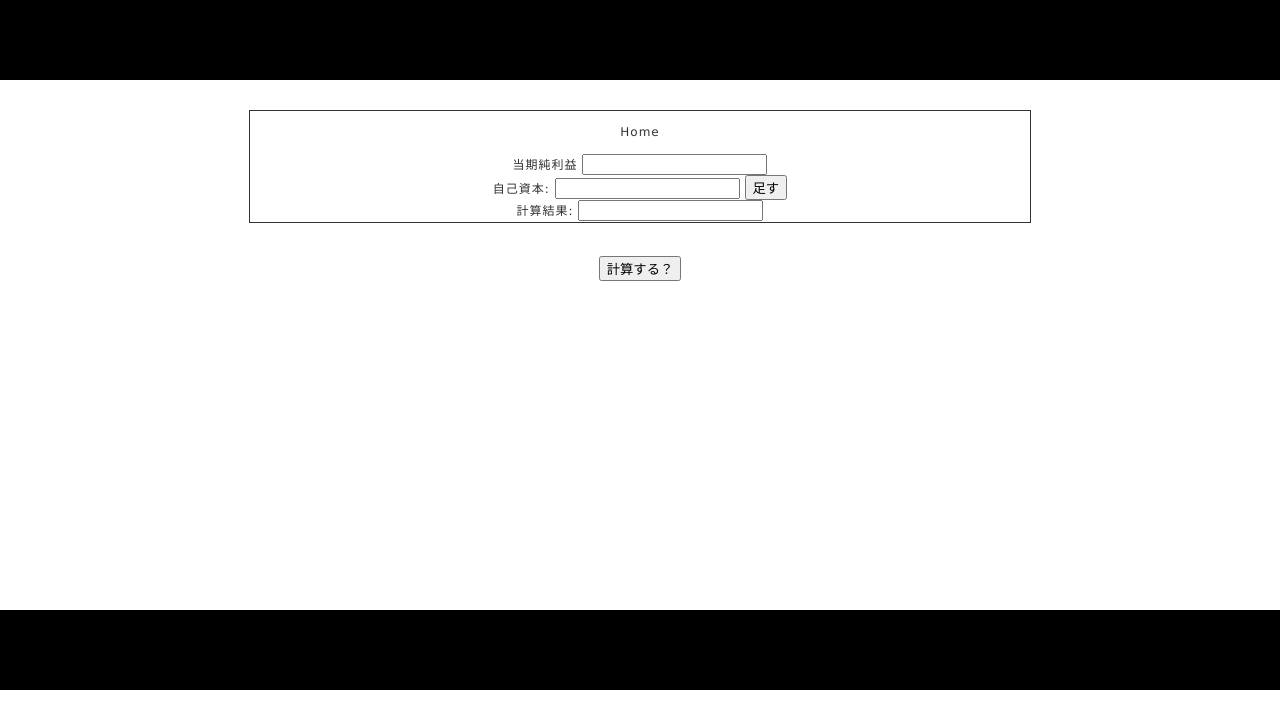
Repository: HattoriKotaro19920408/Keisanchan
Page: http://localhost/Keisanchan/
These files come from the project's save history. The page is drawn as it stood at one moment and after the next save; the edit follows.
The browser window is 1280 px wide. The pictures show the whole page.
The page is served by Tomcat 9. Other server files are loaded and not shown.

Above is the page before, as saved 2018-08-16 04:11:29.

### Keisanchan/WebContent/home.jsp
<%@ page language="java" contentType="text/html; charset=UTF-8"
    pageEncoding="UTF-8"%>
<%@ taglib prefix="s" uri="/struts-tags" %>
<!DOCTYPE html PUBLIC "-//W3C//DTD HTML 4.01 Transitional//EN" "http://www.w3.org/TR/html4/loose.dtd">
<html>
<head>
<meta http-equiv="Content-Type" content="text/html; charset=utf-8" />
<meta http-equiv="Content-Style-Type" content="text/css" />
<meta http-equiv="Content-Script-Type" content="text/javascript" />
<meta http-equiv="imagetoolbar" content="no" />
<meta name="description" content="" />
<meta name="keywords" content="" />

<title>Home画面</title>
<style type="text/css">
   body{
      margin:0;
      padding:0;
      line-height:1.6;
      letter-spacing:1px;
      font-family:Verdana, Helvetica, sans-serif;
      font-size:12px;
      color:#333;
      background:#fff;
   }
   table{
     text-align:center;
     margin:o auto;
   }

   #top{
     width:780px;
     margin:30px auto;
     border:1px solid #333;
   }
   #header{
     width:100%;
     height:80px;
     background-color:black;
   }
   #main{
     width:100%;
     height:500px;
     text-align:center;
   }
   #footer{
     width:100%;
     height:80px;
     background-color:black;
     clear:both;
   }
   #text-center{
      display:inline-block;
      text-align:center;
   }
</style>
</head>
<body>
 <div id="header">
         <div id="pr">
         </div>
    </div>

    <div id="main">
         <div id="top">
              <p>Home</p>

<!--               <form oninput="document.getElementById('roe').value = -->
<!-- 					parseInt(document.getElementById('toki').value, 10) / -->
<!-- 					parseInt(document.getElementById('zikoshi').value, 10)"> -->
<!-- 					<p>当期純利益<input type="number" id="toki"><p/> -->
<!-- 					<br><p>自己資本<input type="number" id="zikoshi"></p> -->

<!-- 					<output for="toki zikoshi" id="roe">計算結果</output> -->
<!-- 					<output for="toki zikoshi" id="roe">計算結果</output> -->
<!-- 					<output for="toki zikoshi" id="roe">計算結果</output> -->
<!-- 					</form> -->
					<form>
        <label for="toki">当期純利益 </label>
        <input type="text" id="toki"><br>
        <label for="zikoshi">自己資本: </label>
        <input type="text" id="zikoshi">

        <button id="button">足す</button>
    </form>

    <label for="roe">計算結果: </label>
    <input type="text" id="roe">


<script>

// ボタンの要素を取得
var button = document.getElementById("button");

// ボタンをクリックした時の処理
button.addEventListener("click", function(e) {

    e.preventDefault();

    // 2つの入力フォームの値を取得
    var toki = document.getElementById("toki").value;
    var zikoshi = document.getElementById("zikoshi").value;

    // 2つの数値を足す
    var sum = parseInt(toki, 10) + parseInt(zikoshi, 10);

    // 足し算の結果を別の入力フォームに表示
    var roe = document.getElementById("roe");
    roe.value = sum;
});

</script>


<!-- 					 <form ="KeisanAction"> -->


<!-- <p>当期純利益<input type="number" name="toki" value=""><p/> -->
<!-- <br><p>自己資本<input type="number" name="zikoshi" value=""></p> -->
<!-- <br><p>経常利益<input type="number" name="keijo" value=""></p> -->
<!-- <br><p>売上高<input type="number" name="uriage" value=""></p> -->
<!-- <br><p>売上総利益<input type="number" name="uriage_sori" value=""></p> -->
<!-- <br><p>営業利益<input type="number" name="eigyo" value=""></p> -->
<!-- <br><p>総資産<input type="number" name="total_assets" value=""></p> -->
<!-- <br><p>売上債権<input type="number" name="uriage_saiken" value=""></p> -->
<!-- <br><p>売上原価<input type="number" name="uriage_genka" value=""></p> -->
<!-- <br><p>棚卸資産<input type="number" name="tana" value=""></p> -->
<!-- <br><p>流動資産<input type="number" name="ryudo_assets" value=""></p> -->
<!-- <br><p>流動負債<input type="number" name="ryudo_fusai" value=""></p> -->
<!-- <br><p>固定資産<input type="number" name="kotei_assets" value=""></p> -->
<!-- <br><p>負債合計<input type="number" name="total_fusai" value=""></p> -->
<!-- </form> -->


         </div>

         <div id="text-center">
              <s:form action="HomeAction">
                      <s:submit value="計算する？"/>
              </s:form>
              <s:if test = "#session.id !=null">
                      <p>ログアウトする場合は<a href='<s:url action="LoginAction"/>'>こちら</a></p>
              </s:if>
         </div>
    </div>
    <div id="footer">
         <div id = "pr">
         </div>
    </div>

</body>
</html>

After the next save:
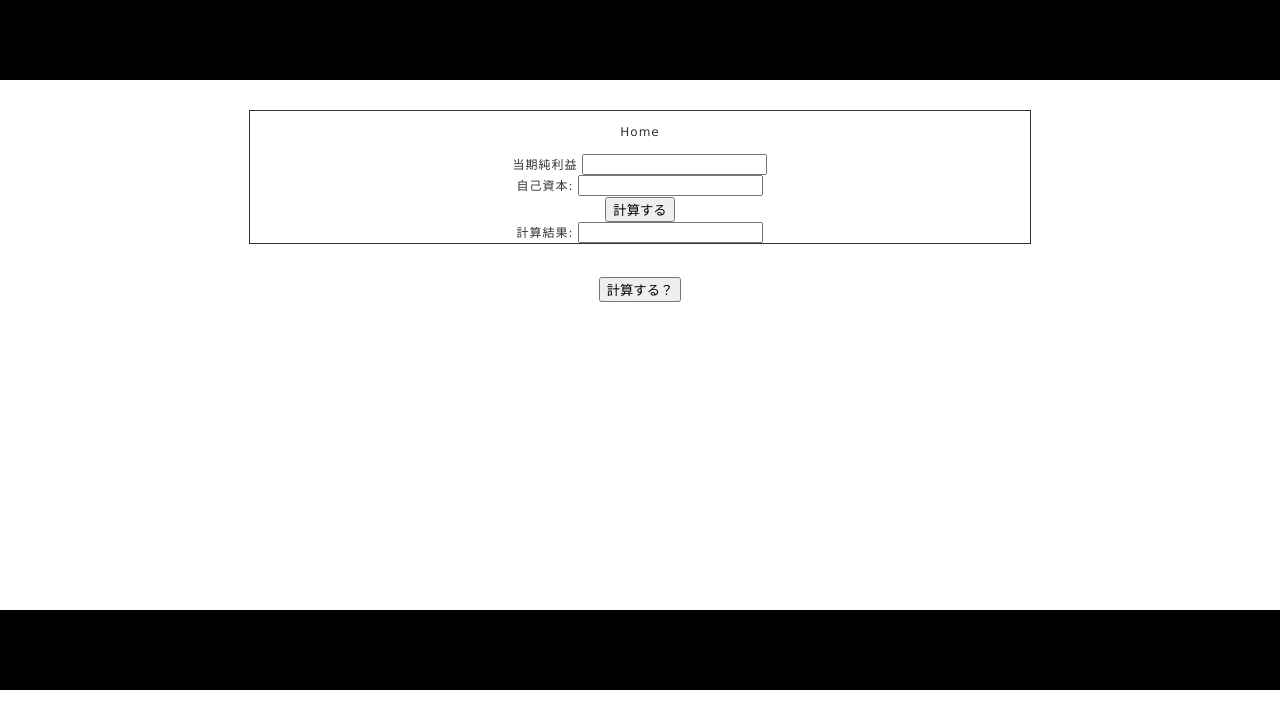
Saved 27 s later.
--- a/Keisanchan/WebContent/home.jsp
+++ b/Keisanchan/WebContent/home.jsp
@@ -81,7 +81,7 @@
         <label for="zikoshi">自己資本: </label>
         <input type="text" id="zikoshi">
 
-        <button id="button">足す</button>
+        <br><button id="button">計算する</button>
     </form>
 
     <label for="roe">計算結果: </label>
